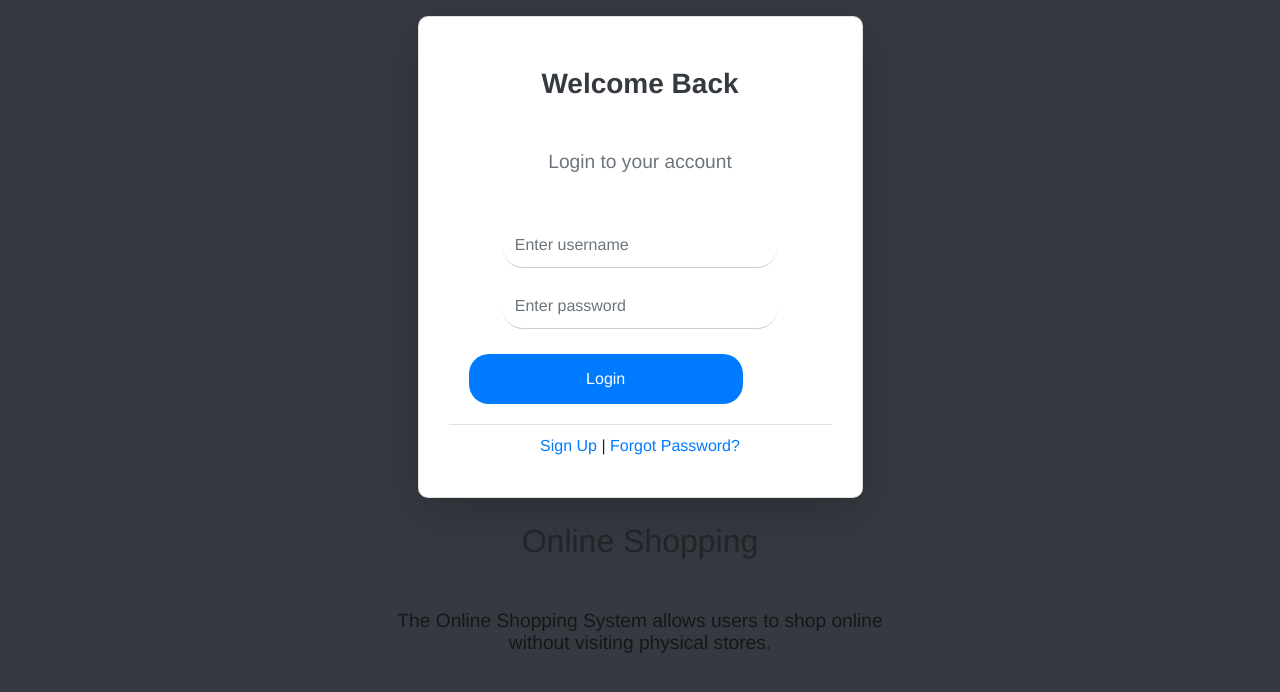
Repository: Dineshbabu290904/DigiMart
Page: http://localhost/DigiMart/login.jsp
These files come from the project's save history. The page is drawn as it stood at one moment and after the next save; the edit follows.
The browser window is 1280 px wide. The pictures show the whole page.
Some web libraries are served in a nearby version. The page is served by Tomcat 9.

Above is the page before, as saved 2024-10-16 14:52:09.

After the next save:
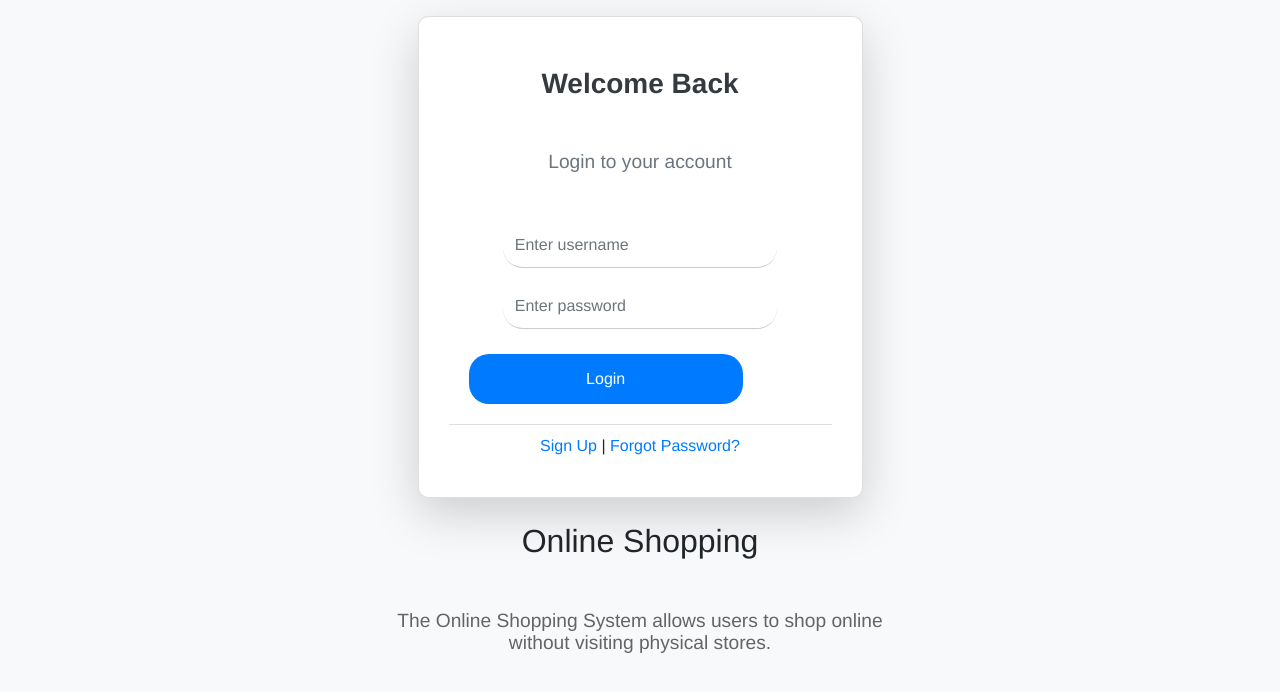
Saved 19 s later.
--- a/DigiMart/src/main/webapp/login.jsp
+++ b/DigiMart/src/main/webapp/login.jsp
@@ -10,7 +10,7 @@
     <!-- Custom CSS for further styling -->
     <style>
         body {
-            background-color: #343a40 ; /* Light background */
+            background-color: #f8f9fa; /* Light background */
             display: flex;
             align-items: center;
             justify-content: center;
